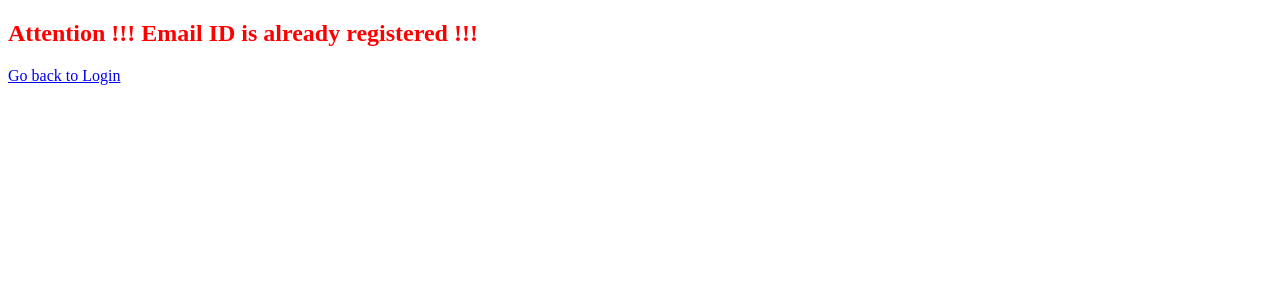
Repository: Shivani2392/FlyAwayProject
Page: http://localhost/FlightBookingPortal/Error.jsp
An editor plug-in stored every save of this project. The page is shown before and after the next save, followed by the edit.
The browser window is 1280 px wide. The pictures show the whole page.
The page is served by Tomcat 9.

Above is the page before, as saved 2020-11-20 15:56:33.

After the next save:
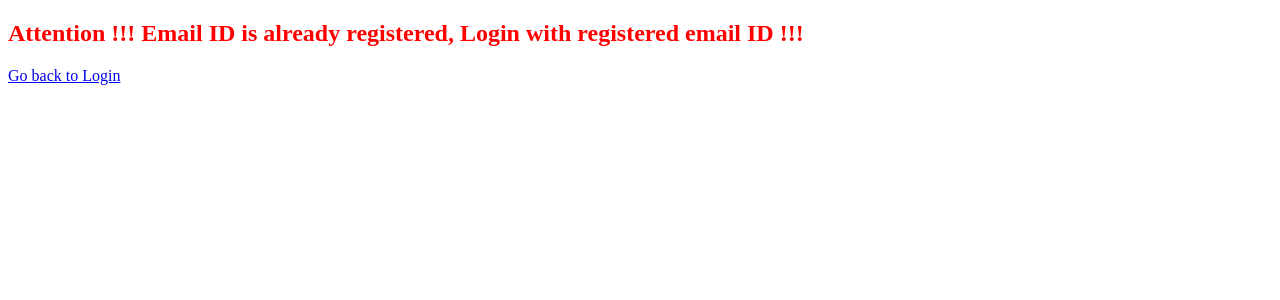
Saved 34 s later.
--- a/FlightBookingPortal/src/main/webapp/Error.jsp
+++ b/FlightBookingPortal/src/main/webapp/Error.jsp
@@ -7,7 +7,7 @@
 <title>Attention</title>
 </head>
 <body>
-<h2 style="color:red">Attention !!! Email ID is already registered !!!</h2>
+<h2 style="color:red">Attention !!! Email ID is already registered, Login with registered email ID !!!</h2>
 <a href="login.jsp">Go back to Login</a>
 </body>
 </html>
